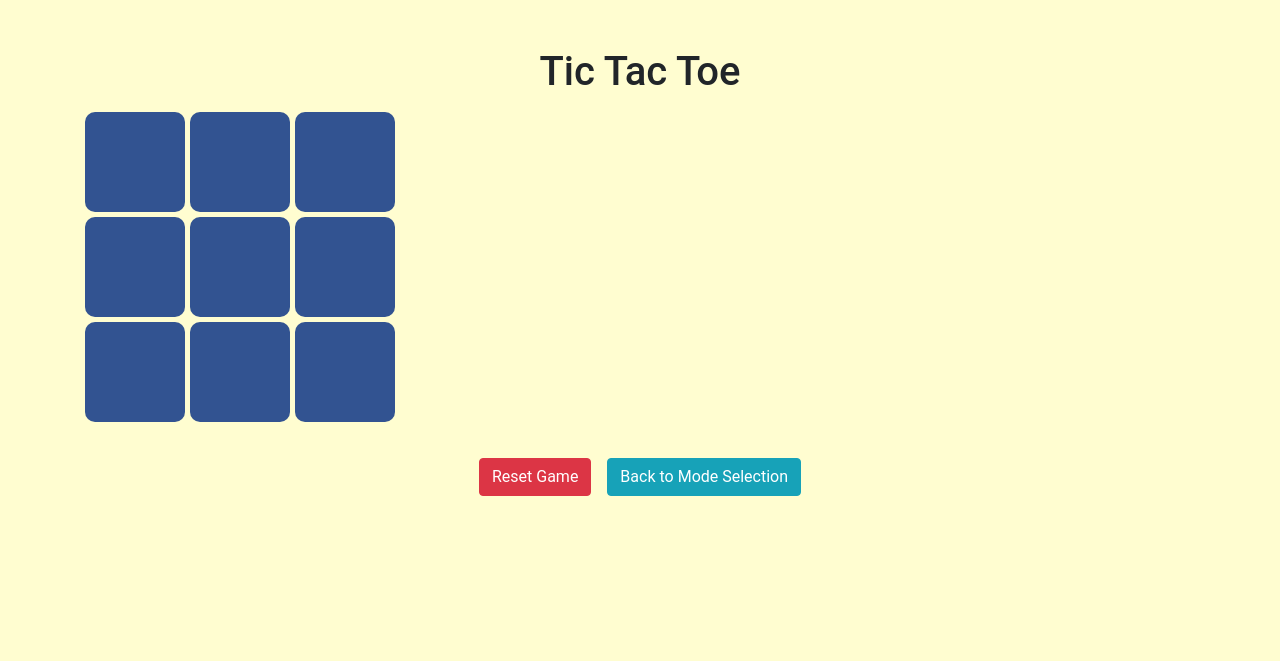
Repository: sidv121415/tic-tac-toe
Page: game.html
An editor plug-in stored every save of this project. The page is shown before and after the next save, followed by the edit.
The browser window is 1280 px wide. The pictures show the whole page.

Above is the page before, as saved 2024-10-22 01:01:47.

### game.html
<!DOCTYPE html>
<html lang="en">
<head>
    <meta charset="UTF-8">
    <meta name="viewport" content="width=device-width, initial-scale=1.0">
    <title>Tic Tac Toe Game</title>
    <link rel="stylesheet" href="https://stackpath.bootstrapcdn.com/bootstrap/4.5.2/css/bootstrap.min.css" />
    <style>
        body {
            background-color: #FFFDD0;
            font-family: 'Roboto', sans-serif;
        }
        #board {
            display: grid;
            grid-template-columns: repeat(3, 100px);
            gap: 5px;
            margin: 20px auto;
        }
        .cell {
            width: 100px;
            height: 100px;
            display: flex;
            align-items: center;
            justify-content: center;
            font-size: 36px;
            font-weight: bold;
            color: #FFFFFF;
            background-color: #325391;
            cursor: pointer;
            border-radius: 10px;
        }
        .button-container {
            display: flex;
            justify-content: center;
            margin-top: 20px;
        }
    </style>
</head>
<body>
    <div class="container text-center">
        <h1 class="mt-5">Tic Tac Toe</h1>
        <div id="board" class="mt-3"></div>
        <div class="button-container">
            <button class="btn btn-danger mt-3" onclick="resetGame()">Reset Game</button>
            <button class="btn btn-info mt-3 ml-3" onclick="location.href='mode-selection.html'">Back to Mode Selection</button>
        </div>
    </div>

    <script src="game.js"></script>
    <script>
        const boardElement = document.getElementById('board');
        for (let i = 0; i < 9; i++) {
            const cell = document.createElement('div');
            cell.className = 'cell';
            cell.addEventListener('click', () => makeMove(i));
            boardElement.appendChild(cell);
        }
    </script>
</body>
</html>

### game.js
let board = ['', '', '', '', '', '', '', '', ''];
let currentPlayer = 'X';
let isGameActive = true;
const winningConditions = [
    [0, 1, 2], [3, 4, 5], [6, 7, 8], // horizontal
    [0, 3, 6], [1, 4, 7], [2, 5, 8], // vertical
    [0, 4, 8], [2, 4, 6]             // diagonal
];

function makeMove(index) {
    if (board[index] !== '' || !isGameActive) return;

    board[index] = currentPlayer;
    document.getElementById('board').children[index].innerText = currentPlayer;

    if (checkWinner()) {
        alert(`Player ${currentPlayer} wins!`);
        isGameActive = false;
        return;
    } else if (board.every(cell => cell !== '')) {
        alert("It's a tie!");
        isGameActive = false;
        return;
    }

    currentPlayer = currentPlayer === 'X' ? 'O' : 'X';

    // If in AI mode, make AI move
    if (currentPlayer === 'O' && window.location.search.includes('mode=AI')) {
        aiMove();
    }
}

function aiMove() {
    let availableMoves = board.map((cell, index) => (cell === '') ? index : null).filter(index => index !== null);
    let randomMove = availableMoves[Math.floor(Math.random() * availableMoves.length)];
    makeMove(randomMove);
}

function checkWinner() {
    return winningConditions.some(condition => {
        const [a, b, c] = condition;
        return board[a] === currentPlayer && board[b] === currentPlayer && board[c] === currentPlayer;
    });
}

function resetGame() {
    board = ['', '', '', '', '', '', '', '', ''];
    currentPlayer = 'X';
    isGameActive = true;
    Array.from(document.getElementById('board').children).forEach(cell => {
        cell.innerText = '';
    });
}

After the next save:
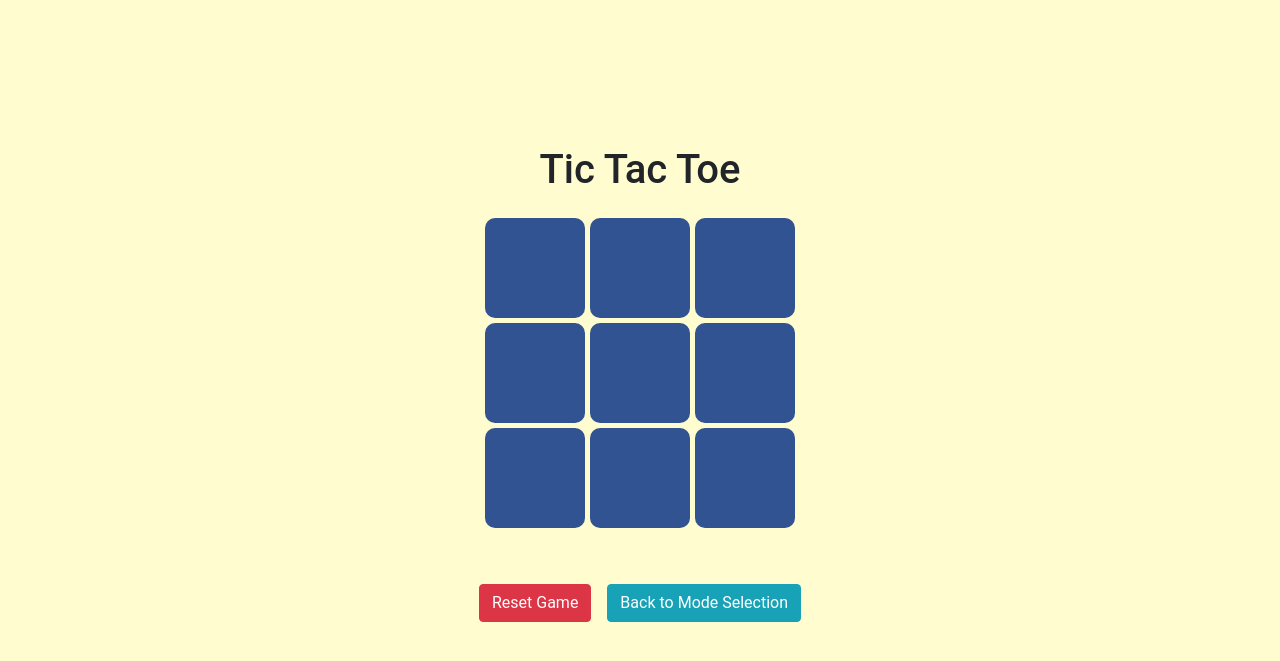
Saved 2 min 7 s later.
--- a/game.html
+++ b/game.html
@@ -10,11 +10,18 @@
             background-color: #FFFDD0;
             font-family: 'Roboto', sans-serif;
         }
+        .container {
+            display: flex;
+            flex-direction: column;
+            align-items: center; /* Centering the content horizontally */
+            justify-content: center; /* Centering the content vertically */
+            height: 100vh; /* Full height of the viewport */
+        }
         #board {
             display: grid;
             grid-template-columns: repeat(3, 100px);
             gap: 5px;
-            margin: 20px auto;
+            margin: 20px 0; /* Margin for vertical spacing */
         }
         .cell {
             width: 100px;
